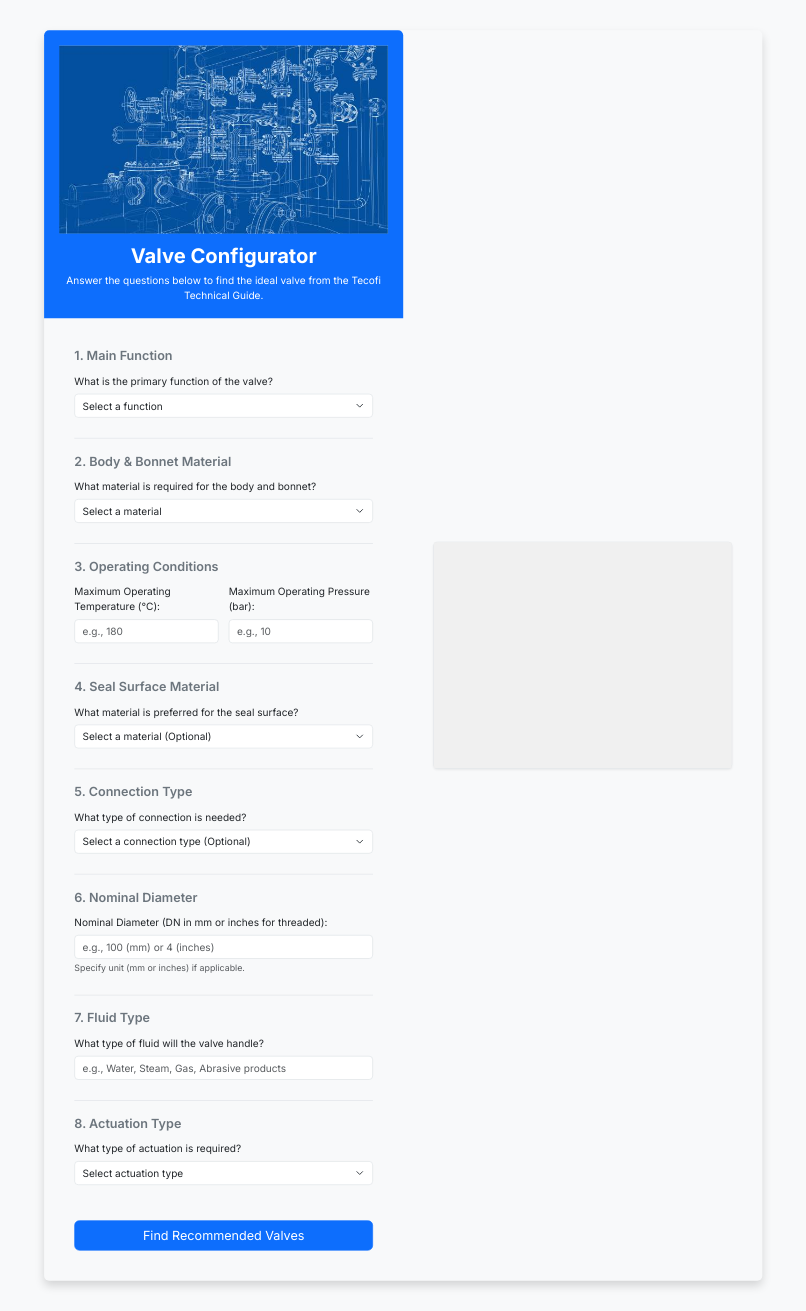
Repository: mauriciodelopez/Valve_config_II
Page: http://localhost/
The author's editor kept a copy of each file at every save. The page is drawn from the files as they stood at one save, then again after the next save.
The browser window is 1280 px wide. The pictures show the whole page, at 63% of full size.
The page is served by the project's application, run on Flask 3 (app.py).

Above is the page before, as saved 2025-07-21 16:11:58.

### templates/index.html
<!DOCTYPE html>
<html lang="en">
<head>
    <meta charset="UTF-8">
    <meta name="viewport" content="width=device-width, initial-scale=1.0">
    <title>Valve Configurator</title>
    <!-- Bootstrap CSS CDN for styling -->
    <link href="https://cdn.jsdelivr.net/npm/bootstrap@5.3.3/dist/css/bootstrap.min.css" rel="stylesheet">
    <!-- Custom CSS file -->
    <link rel="stylesheet" href="/static/style.css">
    <link href="https://fonts.googleapis.com/css2?family=Inter:wght@400;500;600;700&display=swap" rel="stylesheet">
    <!-- Three.js CDN for 3D rendering -->
    <script src="https://cdnjs.cloudflare.com/ajax/libs/three.js/r128/three.min.js"></script>
    <!-- OrbitControls for interactive camera movement -->
    <script src="https://cdn.jsdelivr.net/npm/three@0.128.0/examples/js/controls/OrbitControls.js"></script>
</head>
<body class="bg-light d-flex align-items-center justify-content-center min-vh-100 py-4">
    <div class="container my-4 p-0 shadow rounded-3">
        <div class="row g-0"> <!-- Use Bootstrap row for horizontal alignment on larger screens -->

            <!-- Form Column -->
            <div class="col-12 col-lg-6"> <!-- Takes full width on small, half on large screens -->
                <div class="bg-primary text-white p-4 rounded-top-3 rounded-lg-end-0">
                    <!-- Image added here -->
                    <div class="text-center mb-3">
                        <img src="/static/logo planta web configurateur.jpg" alt="Company Logo" class="img-fluid">
                    </div>
                    <h1 class="text-center mb-2 fs-2 fw-bold">Valve Configurator</h1>
                    <p class="text-center mb-0 fs-6">
                        Answer the questions below to find the ideal valve from the Tecofi Technical Guide.
                    </p>
                </div>

                <form id="valveConfiguratorForm" class="p-4 p-md-5 needs-validation" novalidate>
                    <!-- Section 1: Main Function -->
                    <div class="mb-4 pb-3 border-bottom">
                        <h2 class="fs-5 fw-semibold text-secondary mb-3">1. Main Function</h2>
                        <div class="mb-3">
                            <label for="mainFunction" class="form-label mb-2">What is the primary function of the valve?</label>
                            <select id="mainFunction" name="mainFunction" class="form-select" required>
                                <option value="">Select a function</option>
                                <option value="on_off">On/Off (Sectionner un écoulement)</option>
                                <option value="regulation">Regulation (Assurer un réglage)</option>
                                <option value="on_off_regulation">On/Off & Regulation (Sectionner un écoulement et assurer un réglage)</option>
                            </select>
                            <div class="invalid-feedback">
                                Please select a main function.
                            </div>
                        </div>
                    </div>

                    <!-- Section 2: Material (Body & Bonnet) -->
                    <div class="mb-4 pb-3 border-bottom">
                        <h2 class="fs-5 fw-semibold text-secondary mb-3">2. Body & Bonnet Material</h2>
                        <div class="mb-3">
                            <label for="bodyBonnetMaterial" class="form-label mb-2">What material is required for the body and bonnet?</label>
                            <select id="bodyBonnetMaterial" name="bodyBonnetMaterial" class="form-select" required>
                                <option value="">Select a material</option>
                                <option value="cast_iron">Cast Iron (Fonte Grise)</option>
                                <option value="ductile_iron">Ductile Iron (Fonte GS)</option>
                                <option value="carbon_steel">Carbon Steel (Acier au Carbone)</option>
                                <option value="stainless_steel">Stainless Steel (Inox 304-316)</option>
                                <option value="stainless_steel_310">Stainless Steel (Inox 310)</option>
                                <option value="brass">Brass (Laiton)</option>
                                <option value="bronze">Bronze</option>
                                <option value="duplex_super_duplex">Duplex / Super Duplex</option>
                                <option value="plastic">Plastic (PVC, PP)</option>
                            </select>
                            <div class="invalid-feedback">
                                Please select a body and bonnet material.
                            </div>
                        </div>
                    </div>

                    <!-- Section 3: Operating Conditions -->
                    <div class="mb-4 pb-3 border-bottom">
                        <h2 class="fs-5 fw-semibold text-secondary mb-3">3. Operating Conditions</h2>
                        <div class="row g-3 mb-3">
                            <div class="col-md-6">
                                <label for="temperature" class="form-label mb-2">Maximum Operating Temperature (°C):</label>
                                <input type="number" id="temperature" name="temperature" min="-200" max="850" placeholder="e.g., 180" class="form-control" required>
                                <div class="invalid-feedback">
                                    Please enter a valid temperature.
                                </div>
                            </div>
                            <div class="col-md-6">
                                <label for="pressure" class="form-label mb-2">Maximum Operating Pressure (bar):</label>
                                <input type="number" id="pressure" name="pressure" min="0" max="400" placeholder="e.g., 10" class="form-control" required>
                                <div class="invalid-feedback">
                                    Please enter a valid pressure.
                                </div>
                            </div>
                        </div>
                    </div>

                    <!-- Section 4: Seal Surface Material -->
                    <div class="mb-4 pb-3 border-bottom">
                        <h2 class="fs-5 fw-semibold text-secondary mb-3">4. Seal Surface Material</h2>
                        <div class="mb-3">
                            <label for="sealSurfaceMaterial" class="form-label mb-2">What material is preferred for the seal surface?</label>
                            <select id="sealSurfaceMaterial" name="sealSurfaceMaterial" class="form-select">
                                <option value="">Select a material (Optional)</option>
                                <option value="elastomer">Elastomer</option>
                                <option value="ptfe">PTFE (Teflon®)</option>
                                <option value="rubber_seal">Rubber Seal (Membrane Caoutchouc)</option>
                                <option value="copper_alloys">Copper Alloys (Laiton-Bronze)</option>
                                <option value="stainless_steel_seal">Stainless Steel (Acier Inox)</option>
                                <option value="stellite">Stellite</option>
                            </select>
                        </div>
                    </div>

                    <!-- Section 5: Connection Type -->
                    <div class="mb-4 pb-3 border-bottom">
                        <h2 class="fs-5 fw-semibold text-secondary mb-3">5. Connection Type</h2>
                        <div class="mb-3">
                            <label for="connectionType" class="form-label mb-2">What type of connection is needed?</label>
                            <select id="connectionType" name="connectionType" class="form-select">
                                <option value="">Select a connection type (Optional)</option>
                                <option value="threaded">Threaded (Taraudé)</option>
                                <option value="flanged">Flanged (À bride)</option>
                                <option value="socket_welding">Socket Welding (Soudage emboitement)</option>
                                <option value="butt_welding">Butt Welding (Soudage bout à bout)</option>
                            </select>
                        </div>
                    </div>

                    <!-- Section 6: Nominal Diameter -->
                    <div class="mb-4 pb-3 border-bottom">
                        <h2 class="fs-5 fw-semibold text-secondary mb-3">6. Nominal Diameter</h2>
                        <div class="mb-3">
                            <label for="nominalDiameter" class="form-label mb-2">Nominal Diameter (DN in mm or inches for threaded):</label>
                            <input type="text" id="nominalDiameter" name="nominalDiameter" placeholder="e.g., 100 (mm) or 4 (inches)" class="form-control">
                            <div class="form-text text-muted mt-1">Specify unit (mm or inches) if applicable.</div>
                        </div>
                    </div>

                    <!-- Section 7: Fluid Type -->
                    <div class="mb-4 pb-3 border-bottom">
                        <h2 class="fs-5 fw-semibold text-secondary mb-3">7. Fluid Type</h2>
                        <div class="mb-3">
                            <label for="fluidType" class="form-label mb-2">What type of fluid will the valve handle?</label>
                            <input type="text" id="fluidType" name="fluidType" placeholder="e.g., Water, Steam, Gas, Abrasive products" class="form-control">
                        </div>
                    </div>

                    <!-- Section 8: Actuation Type -->
                    <div class="mb-4 pb-3">
                        <h2 class="fs-5 fw-semibold text-secondary mb-3">8. Actuation Type</h2>
                        <div class="mb-3">
                            <label for="actuationType" class="form-label mb-2">What type of actuation is required?</label>
                            <select id="actuationType" name="actuationType" class="form-select" required>
                                <option value="">Select actuation type</option>
                                <option value="manual">Manual</option>
                                <option value="electric">Electric</option>
                                <option value="pneumatic">Pneumatic</option>
                            </select>
                            <div class="invalid-feedback">
                                Please select an actuation type.
                            </div>
                        </div>
                    </div>

                    <div class="d-grid mt-4">
                        <button type="submit" class="btn btn-primary btn-lg">
                            Find Recommended Valves
                        </button>
                    </div>
                </form>

                <div id="results" class="p-4 p-md-5 bg-light rounded-bottom-3 shadow-sm d-none">
                    <h2 class="fs-5 fw-semibold text-secondary mb-3">Recommended Valve Types:</h2>
                    <ul id="valveList" class="list-unstyled text-dark">
                        <!-- Results will be dynamically inserted here -->
                    </ul>
                    <p id="noResultsMessage" class="text-muted fst-italic d-none">No specific recommendations found based on your criteria. Please adjust your selections or contact Tecofi directly.</p>
                </div>
            </div>

            <!-- 3D Viewer Column -->
            <div class="col-12 col-lg-6 d-flex align-items-center justify-content-center p-4 p-md-5">
                <div id="container3D" class="bg-light d-flex align-items-center justify-content-center text-muted fs-5 rounded shadow-sm w-100" style="min-height: 300px; height: 50vh; max-height: 600px; border: 1px solid #dee2e6;">
                    Select valve options to visualize the 3D model.
                </div>
            </div>

        </div> <!-- End of row -->
    </div> <!-- End of container -->

    <!-- Bootstrap Bundle with Popper -->
    <script src="https://cdn.jsdelivr.net/npm/bootstrap@5.3.3/dist/js/bootstrap.bundle.min.js"></script>
    <!-- Link to the external JavaScript file -->
    <script src="/static/script.js"></script>
</body>
</html>

### app.py
# app.py (Python Flask Backend)
from flask import Flask, request, jsonify, render_template, send_from_directory
from flask_cors import CORS
import google.generativeai as genai
import os

# Initialize Flask app, specifying template and static folders
app = Flask(__name__, static_folder='static', template_folder='templates')
CORS(app) # Enable CORS for cross-origin requests from your HTML

# Configure your Gemini API key
# IMPORTANT: Replace 'YOUR_GEMINI_API_KEY' with your actual API key
# It's best practice to load this from environment variables (e.g., os.environ.get('GEMINI_API_KEY'))
# For local testing, you can put it directly here, but NEVER in production.
GEMINI_API_KEY = os.environ.get('GEMINI_API_KEY', 'AIzaSyB8X5zyMLjuLbyk-ggj510ROhuLjeekSoE') # Your API key
genai.configure(api_key=GEMINI_API_KEY)

# Initialize the Gemini model
model = genai.GenerativeModel('gemini-2.0-flash')

# Route to serve the main HTML page
@app.route('/')
def index():
    """
    Serves the main index.html file from the 'templates' folder.
    This is the entry point for the web application.
    """
    return render_template('index.html')

# Route to serve static files (CSS, JS, Images)
@app.route('/static/<path:filename>')
def static_files(filename):
    """
    Serves static files (CSS, JavaScript, images) from the 'static' folder.
    This allows the browser to load linked resources like style.css, script.js, and your logo.
    """
    return send_from_directory(app.static_folder, filename)


@app.route('/recommend', methods=['POST'])
def recommend_valve():
    """
    Handles POST requests from the frontend to get valve recommendations from the Gemini AI.
    It constructs a prompt based on form data, calls the Gemini API, and returns a JSON response.
    """
    data = request.json
    print(f"Received data from frontend: {data}")

    # Extract relevant parameters for the AI prompt
    main_function = data.get('mainFunction')
    body_bonnet_material = data.get('bodyBonnetMaterial')
    temperature = data.get('temperature')
    pressure = data.get('pressure')
    seal_surface_material = data.get('sealSurfaceMaterial')
    connection_type = data.get('connectionType')
    nominal_diameter = data.get('nominalDiameter')
    fluid_type = data.get('fluidType')
    actuation_type = data.get('actuationType')

    # Construct a detailed prompt for the AI
    prompt = f"""
    You are an expert valve configurator. Based on the following user requirements,
    recommend suitable valve types from a technical guide (like Tecofi's).
    Provide the most relevant recommendations and briefly explain why.
    Also, identify if there are any major incompatibilities or warnings based on the parameters.

    User Requirements:
    - Primary Function: {main_function}
    - Body & Bonnet Material: {body_bonnet_material}
    - Max Temperature: {temperature}°C
    - Max Pressure: {pressure} bar
    - Seal Surface Material (Optional): {seal_surface_material if seal_surface_material else 'Not specified'}
    - Connection Type (Optional): {connection_type if connection_type else 'Not specified'}
    - Nominal Diameter (Optional): {nominal_diameter if nominal_diameter else 'Not specified'}
    - Fluid Type: {fluid_type}
    - Actuation Type: {actuation_type}

    Consider these general guidelines (similar to the Tecofi Guide):
    - **Functions:**
        - On/Off: Gate, Ball, Butterfly, Knife Gate valves.
        - Regulation: Globe, Weir Diaphragm, Needle valves.
        - On/Off & Regulation: Weir Diaphragm, Butterfly, Globe, Knife Gate with V-deflector.
    - **Materials (General Temperature/Pressure/Fluid Suitability):**
        - Cast Iron: Up to 184°C/16 bar (limited for steam >10 bar/180°C).
        - Ductile Iron: Up to 350°C/25 bar.
        - Carbon Steel: -20°C to 425°C / up to 400 bar.
        - Stainless Steel (304-316): -200°C to 420°C / up to 400 bar.
        - Stainless Steel (310): -200°C to 550°C / up to 400 bar.
        - Brass/Bronze: Up to 100°C/64 bar (Brass max DN100, not for corrosive fluids/acids/ammonia).
        - Duplex/Super Duplex: Excellent for corrosive fluids like sea water.
        - Plastic (PVC, PP): Up to 60°C/16 bar.
    - **Seal Materials:**
        - Elastomer: Up to 120°C (low resistance to erosion/corrosion, sensitive to abrasion).
        - PTFE: Up to 200°C (prohibited in nuclear plants).
        - Rubber Seal: Up to 130°C.
        - Copper Alloys: Up to 200°C/16 bar.
        - Stainless Steel Seal: For high temperatures (>=420°C).
        - Stellite: Recommended for severe conditions and abrasive fluids.

    Provide your response as a JSON object with two keys:
    - `recommendations`: An array of strings, each being a recommended valve type or a specific advice/warning.
    - `suitable`: A boolean, true if a viable configuration is found, false if major incompatibilities exist.
    """

    try:
        # Generate content using Gemini
        response = model.generate_content(prompt)
        ai_response_text = response.text
        print(f"AI Raw Response: {ai_response_text}")

        # Attempt to parse the AI's JSON response
        import json
        try:
            # Find the first and last curly brace to extract the JSON string
            json_start = ai_response_text.find('{')
            json_end = ai_response_text.rfind('}') + 1
            if json_start != -1 and json_end != -1 and json_end > json_start:
                json_string = ai_response_text[json_start:json_end]
                ai_data = json.loads(json_string)
            else:
                raise ValueError("Could not find valid JSON in AI response.")

            recommendations = ai_data.get('recommendations', [])
            suitable = ai_data.get('suitable', True) # Default to true if AI doesn't explicitly say false

        except json.JSONDecodeError as e:
            print(f"JSON parsing error: {e}")
            print(f"AI response was not valid JSON: {ai_response_text}")
            recommendations = ["AI response could not be parsed. Please try different inputs.", ai_response_text]
            suitable = False
        except ValueError as e:
            print(f"Value error: {e}")
            print(f"AI response was not valid JSON structure: {ai_response_text}")
            recommendations = ["AI response structure was unexpected. Please try different inputs.", ai_response_text]
            suitable = False


        return jsonify({"recommendations": recommendations, "suitable": suitable})

    except Exception as e:
        print(f"Error calling Gemini API: {e}")
        return jsonify({"recommendations": ["An error occurred while getting recommendations from AI. Please check your API key and try again."], "suitable": False}), 500

if __name__ == '__main__':
    # Ensure your API key is set as an environment variable or directly in the code above
    if GEMINI_API_KEY == 'YOUR_GEMINI_API_KEY' or not GEMINI_API_KEY:
        print("WARNING: GEMINI_API_KEY is not set. Please set it in app.py or as an environment variable.")
        print("You can get a free API key from https://aistudio.google.com/app/apikey")

    app.run(debug=True) # debug=True allows for automatic reloading on code changes

### static/style.css
/* style.css */

/* Custom font import (if not using Bootstrap's default) */
body {
    font-family: 'Inter', sans-serif;
}

/* Ensure the main container has rounded corners on all sides */
.container.rounded-3 {
    border-radius: 0.5rem !important; /* Adjust if needed */
}

/* Remove bottom rounding from the header when it's part of a column that's not the last */
.rounded-lg-end-0 {
    border-bottom-right-radius: 0 !important;
}

/* Adjust 3D container height for very small screens if needed, though min-height and 50vh should cover most cases */
@media (max-width: 575.98px) { /* Extra small devices (portrait phones) */
    #container3D {
        min-height: 250px; /* Slightly smaller minimum height for very narrow screens */
        height: 40vh; /* Adapt to viewport height */
    }
}

Loaded but not shown: static/script.js (410 lines, source omitted)

After the next save:
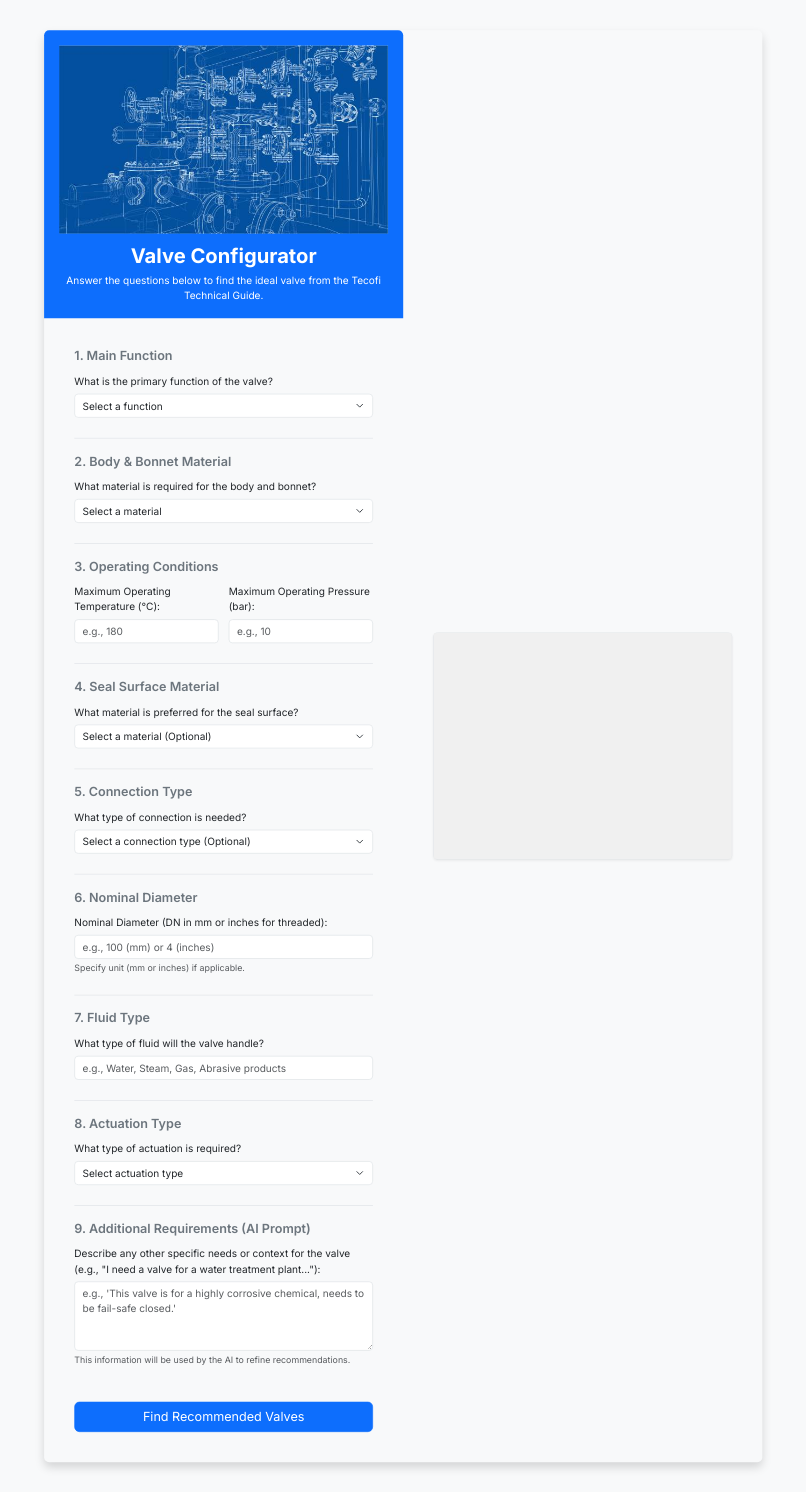
Saved 5 min 36 s later.
--- a/templates/index.html
+++ b/templates/index.html
@@ -145,7 +145,7 @@
                     </div>
 
                     <!-- Section 8: Actuation Type -->
-                    <div class="mb-4 pb-3">
+                    <div class="mb-4 pb-3 border-bottom">
                         <h2 class="fs-5 fw-semibold text-secondary mb-3">8. Actuation Type</h2>
                         <div class="mb-3">
                             <label for="actuationType" class="form-label mb-2">What type of actuation is required?</label>
@@ -158,6 +158,16 @@
                             <div class="invalid-feedback">
                                 Please select an actuation type.
                             </div>
+                        </div>
+                    </div>
+
+                    <!-- Section 9: Additional Requirements (AI Prompt) -->
+                    <div class="mb-4 pb-3">
+                        <h2 class="fs-5 fw-semibold text-secondary mb-3">9. Additional Requirements (AI Prompt)</h2>
+                        <div class="mb-3">
+                            <label for="aiPrompt" class="form-label mb-2">Describe any other specific needs or context for the valve (e.g., "I need a valve for a water treatment plant..."):</label>
+                            <textarea id="aiPrompt" name="aiPrompt" class="form-control" rows="4" placeholder="e.g., 'This valve is for a highly corrosive chemical, needs to be fail-safe closed.'"></textarea>
+                            <div class="form-text text-muted mt-1">This information will be used by the AI to refine recommendations.</div>
                         </div>
                     </div>
 
